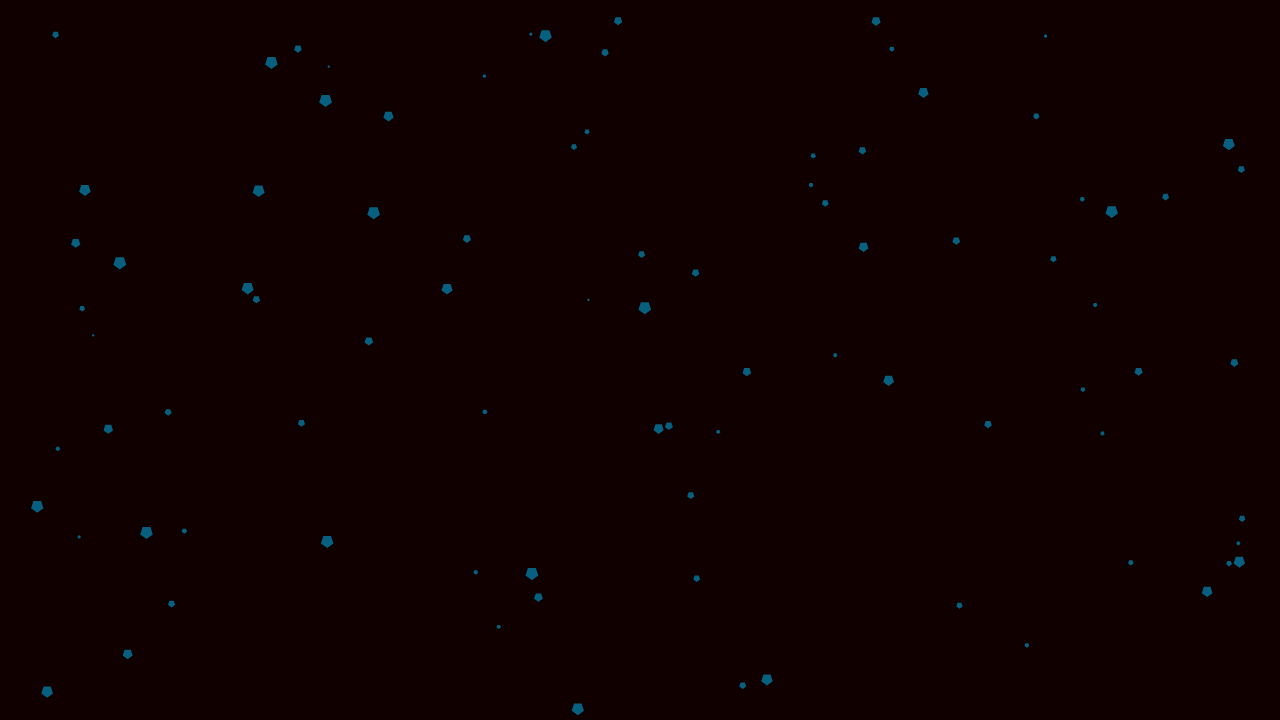
Repository: TMuse333/quantumDesigns
Page: /
An editor plug-in stored every save of this project. The page is shown before and after the next save, followed by the edit.
The browser window is 1280 px wide. The pictures show the whole page.
The project was rebuilt for these pictures with package versions that can differ from the ones it lists, and the page was loaded fresh each time. Also part of the build but not shown: vite.config.js, src/styles/navbar.css, src/components/navbar.jsx, src/styles/work.css, src/components/skillDesc.js, src/components/work.jsx, src/styles/testimonial.css, src/components/testimonials.jsx and 31 more. Imported but missing from the stored project, and not drawn on this page: src/images/best_dunk.mp4.

Above is the page before, as saved 2024-01-26 10:47:16.

### index.html
<!doctype html>
<html lang="en">
  <head>
    <meta charset="UTF-8" />
    <link rel="icon" type="image/svg+xml" href="/vite.svg" />
    <link rel="preconnect" href="https://fonts.googleapis.com">
<link rel="preconnect" href="https://fonts.gstatic.com" crossorigin>
<link href="https://fonts.googleapis.com/css2?family=Noto+Sans+Linear+A&display=swap" rel="stylesheet" integrity="your-integrity-value" crossorigin="anonymous">

<link rel="preconnect" href="https://fonts.googleapis.com">
<link rel="preconnect" href="https://fonts.gstatic.com" crossorigin>
<link href="https://fonts.googleapis.com/css2?family=Noto+Sans+Linear+A&family=Open+Sans:ital@1&display=swap" rel="stylesheet">
<link rel="stylesheet" href="https://fonts.googleapis.com/css2?family=Roboto:wght@400;700&display=swap">


    <meta name="viewport" content="width=device-width, initial-scale=1.0" />
    <title>Vite + React</title>
  </head>
  <body>
    <div id="root"></div>
    <script type="module" src="/src/main.jsx"></script>
  </body>
</html>

### src/main.jsx
import './index.css'
import * as React from 'react';
import { StrictMode } from 'react';
import { createRoot } from 'react-dom/client';
import { BrowserRouter } from 'react-router-dom';

import App from './App';

const rootElement = document.getElementById('root');
const root = createRoot(rootElement);

root.render(
  <StrictMode>
    <BrowserRouter>
      <App />
    </BrowserRouter>
  </StrictMode>
);

### src/index.css
:root {
  font-family: Inter, system-ui, Avenir, Helvetica, Arial, sans-serif;
  line-height: 1.5;
  font-weight: 400;

  color-scheme: light dark;
  color: rgba(255, 255, 255, 0.87);
  background-color: #242424;

  font-synthesis: none;
  text-rendering: optimizeLegibility;
  -webkit-font-smoothing: antialiased;
  -moz-osx-font-smoothing: grayscale;
}



html{
  overflow-x: hidden;
}

a {
  font-weight: 500;
color:white;
  text-decoration: inherit;
}
a:hover {

}

body {
  margin: 0;
  padding:0;
  display: flex;
  place-items: center;

  overflow-x: hidden;
}

h1 {
  font-size: 3.2em;
  line-height: 1.1;
}

button {
  border-radius: 8px;
  border: 1px solid transparent;
  padding: 0.6em 1.2em;
  font-size: 1em;
  font-weight: 500;
  font-family: inherit;
  background-color: #1a1a1a;
  cursor: pointer;
  transition: border-color 0.25s;
}
button:hover {

}
button:focus,
button:focus-visible {
  outline: 4px auto -webkit-focus-ring-color;
}

### src/App.jsx
import { useState } from 'react'
import { Link } from 'react-router-dom'



import './App.css'
import Navbar from './components/navbar'
import Layout from './components/layout'
import Testimonials from "./components/testimonials";
import {
  BrowserRouter as Router,

  Route, Routes

} from "react-router-dom";

import Booking from './components/booking'

import Portfolio from './components/portfolio'
import Overview from './components/overview'
import Services from './components/services'
import ServiceOverview from './components/serviceOverview'
import ParallaxLayout from './components/paralax'
import Layout2 from './components/layout2'
import Tenets from './components/tenets'
import Infographic from './components/infographic'
import Layout3 from './components/layout3'
function App() {
  const [count, setCount] = useState(0)



  return (
    <>

    <Routes>

      <Route path='/'
      // element={<Layout/>}
      element={<Layout3/>}

      />

      <Route path='tenets'

      element={<ParallaxLayout/>}
      >

      </Route>

      <Route path='booking' element={<Booking/>}>

      </Route>

      <Route path='about'
      element={<Overview/>}
      // element={<About/>}
      >

      </Route>

      <Route path='portfolio'
       element={<Portfolio/>}></Route>

       <Route path='react'
      //  element={<ServiceOverview/>}
      element={<Infographic/>}
       >

       </Route>


    </Routes>




     </>
  )
}

export default App

### src/App.css
#root {
  max-width: 1280px;
  margin: 0 auto;

  text-align: center;
}

:root{
  /* --primary-color:rgb(5, 23, 111); */
  --tag-color:rgb(10, 9, 17);
  --primary-color:rgb(13, 18, 22);
}

.sphere{
width:min-content;

z-index: 1;
position: relative;
margin-left: auto;
margin-right: auto;

}





@keyframes fallAnimation {
  0% {
    background-position: 0% 0%;
  }

  /* 50%{
    background-position: 0% 50%;
  } */

  100% {
    background-position: 0% 100%;
  }
}

#particles{
  z-index: -1 !important;

 }

 .layout3{
  width:100vw;
  position: absolute;
  left:0;
  overflow-x: hidden;
 }



.laut{
  width:100vw;

  /* height:100vh; */
  /* height:2000px; */

  position: absolute;
  left:0;
  /* top:0; */
/* background-image: url(src/images/quantum-realm.png); */
/* background-size: cover; */
  /* overflow-x: hidden; */
  padding: 0;
z-index: 13;
/* margin-top: -1rem; */





}

.gif-nation img{
  position: relative;
  z-index: 2;
  height:110vh;
  display: none;
}



@keyframes floatAnimation {
  0% {
    transform: translateY(0);
  }
  50% {
    transform: translateY(-5px);
  }
  100% {
    transform: translateY(0);
  }
}





@keyframes moveBackground {
  0% {
    background-position: 0% 0%;
  }

  50%{
    background-position: 50% 0%;
  }

  100% {
    background-position: 0% 0%;
  }
}



.parallax-layout{
  width:100vw;
  text-align: center;
margin-right: auto;
margin-left: auto;

background-image: url(src/images/sandy-bg.png);

  /* overflow: hidden; */
}

.before-title-text{
 font-weight: bold;
 margin-bottom: -0.5rem;
}

.bold-700{
  font-weight: 700;
}

.title-text{
  /* width:100vw; */
  /* font-weight: 350; */
  font-size: 2.1rem;
  margin-bottom: 1rem;
  font-family: 'spartan',sans-serif;
  color:#cfd0d0;

}

.description-text{
  padding: 0 15px 0 15px;
    font-family: 'Palatino Sans', 'Palatino Sans Informal', 'Palatino Sans Text', 'Palatino Sans W1G', 'Palatino Sans W01', sans-serif;
font-weight: 500;
font-size: 20px;
color:#cfd0d0

}

.button {
  display: inline-block;
  padding: 12px 24px;
  font-size: 16px;
  font-weight: bold;
  text-align: center;
  text-decoration: none;
  cursor: pointer;
  border: 2px solid #00bfff; /* Quantum blue color */
  color: #00bfff;
  background-color: transparent;
  border-radius: 8px;
  transition: background-color 0.3s ease, color 0.3s ease;
  width:max-content;
  margin-left: auto;
  margin-right: auto;
  margin-bottom: 3rem;
}

.button:hover {
  background-color: #00bfff; /* Quantum blue color on hover */
  color: #FFF; /* White text on hover */
}

.image-text-box {

  width:100vw;
}

.homepage-img{
  width:300px;
}

@media screen and (min-width:655px){
  /* .layout{
    height:100vh;
  } */
}

@media screen and (min-width: 865px)  {
  .image-text-box{
   margin-left: auto;
   margin-right: auto;
          display: grid;
          /* background-color: #00bfff; */
          width:90vw;
          max-width: 900px;
          grid-template-columns: 1fr 1fr; /* Two columns with equal width */
      gap:3rem;





  }



  .image-text-box img{


  }

  .homepage-img{
    width:50vw;
    max-width: 570px;
  }

  .image-text-box p{
    width:40vw;
    max-width: 350px;
    display: block;
    margin-block-start: 0em;
    margin-block-end: 1em;
    margin-inline-start: -1em;
    margin-inline-end: 0px;
    /* width:100%; */


  }

  .title-text{
    font-size: 2rem;
  }
}

### src/components/layout3.jsx
import React from "react";
import Content from "./content";
import ParticlesComponent from "./particles";
import { content1 } from "../componentData/data";
import { content2 } from "../componentData/data";
import Hero3 from "./herobanner3";

const Layout3 = () => {


    return (
        <>
        <ParticlesComponent/>
        <div className="layout3">
            <Hero3/>
            {/* <Content
            {...content1}/> */}
        </div>
        </>
    )
}


export default Layout3

### src/components/herobanner3.jsx
import React from "react";
import Sphere from "./sphere";
import '../styles/hero3.css'
import bg from '../images/no-bg-mountain.png'

const Hero3 = () => {


    return (
        <div className="hero3-container">
         <img src={bg}
        //  style={{
        //     height:'500px'
        //  }}
        />
        </div>
    )
}


export default Hero3

### src/components/particles.jsx
import { useEffect, useMemo, useState } from "react";
import Particles, { initParticlesEngine } from "@tsparticles/react";
import { loadSlim } from "@tsparticles/slim";

const ParticlesComponent = () => {
  const [init, setInit] = useState(false);

  useEffect(() => {
    initParticlesEngine(async (engine) => {
      await loadSlim(engine);
    }).then(() => {
      setInit(true);
    });
  }, []);

  const particlesLoaded = (container) => {
    console.log(container);
  };

  const options = useMemo(
    () => ({

      fullScreen:{
        enable:true,
        // width:'300px'

      },




      background: {
        color: {
          value: "#100000",
        },

      },
      fpsLimit: 120,
      interactivity: {
        events: {
          onClick: {
            enable: true,
            mode: "push",
          },
          onHover: {
            enable: true,
            mode: "grab",
          },
        },
        modes: {
          push: {
            quantity: 4,
          },
          repulse: {
            distance: 15,
            duration: 0.4,
          },
        },
      },
      particles: {
        color: {
          value: "#00bfff",
        },
        links: {
          color: "#ffffff",
          distance: 150,
          enable: false,
          opacity: 0.5,
          width: 1,
        },
        move: {
          direction: "random",
          enable: true,
          outModes: {
            default: "bounce",
          },
          random: false,
          speed: 0.1,
          straight: false,
          attract: {
            enable: true,
            rotateX: 600,
            rotateY: 1200,
          },
          trails:true,
        },
        number: {
          density: {
            enable: true,
          },
          value: 200,
        },
        opacity: {
          value: 0.5,
        },
        shape: {
          type: "polygon",
        },
        size: {
          value: { min: 1, max: 5 },
        },
      },
      detectRetina: false,
    }),
    []
  );

  if (init) {
    return (
      <>


      <Particles
        id="particles"
        particlesLoaded={particlesLoaded}
        options={options}
        style={{

      }}
      />
        </>
    );
  }

  return <></>;
};

export default ParticlesComponent;

### src/styles/hero3.css
.hero3-container{
    /* margin-top: 5rem; */


  width:100vw;
  background-repeat: repeat-x;
  background-size: auto 1350px;
  background-position: 30% 22%;
  background-image: url(src/images/no-bg-mountain.png);
  /* height:80vh; */
  position: relative;


}


.hero3-container img{
    display: none;

    /* object-fit: cover;
    height:500px;
    width:100vw; */
    /* transform: scale(0.5); */
    /* height:80vw; */
    position: absolute;
    top:-25rem;
    left:0;
}




@media screen and (min-width:655px){
    .hero3-container{
        /* background-position: 50% 50%;  */
    }
}

Loaded but not shown: src/componentData/data.js (344 lines, source omitted)

After the next save:
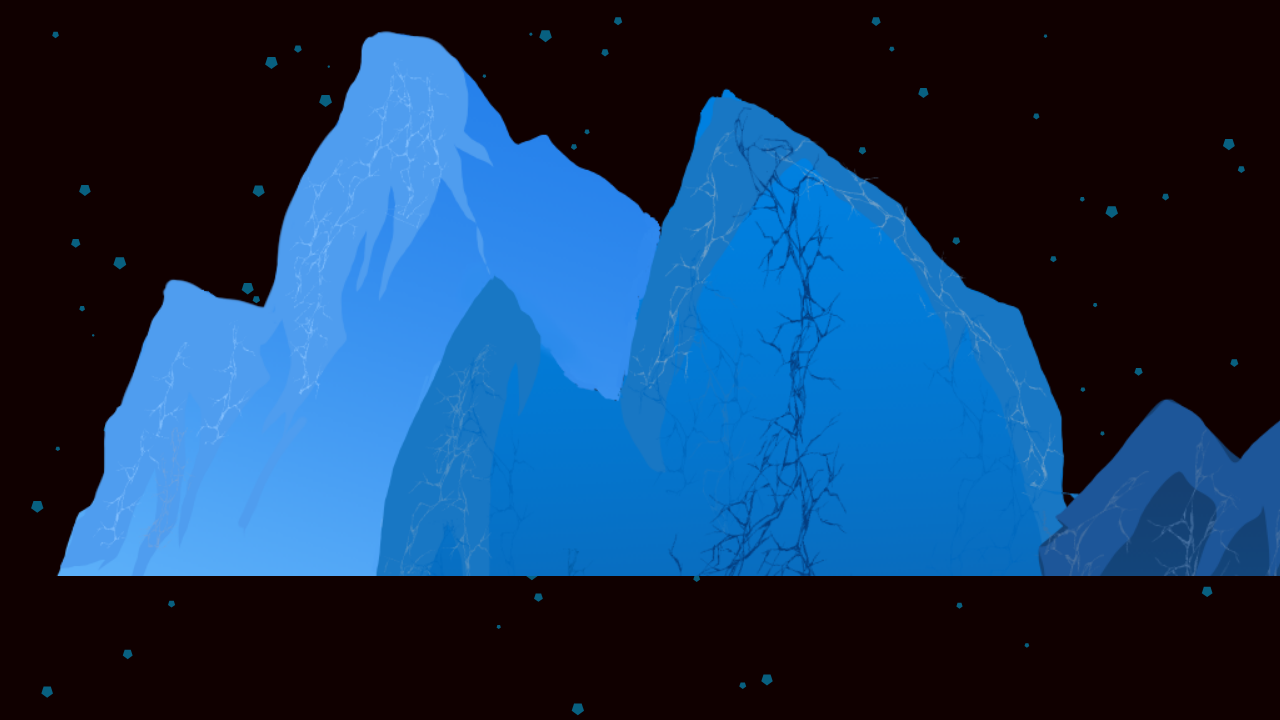
Saved 7 s later.
--- a/src/styles/hero3.css
+++ b/src/styles/hero3.css
@@ -7,7 +7,7 @@
   background-size: auto 1350px;
   background-position: 30% 22%;
   background-image: url(src/images/no-bg-mountain.png);
-  /* height:80vh; */
+  height:80vh;
   position: relative;
 
 
